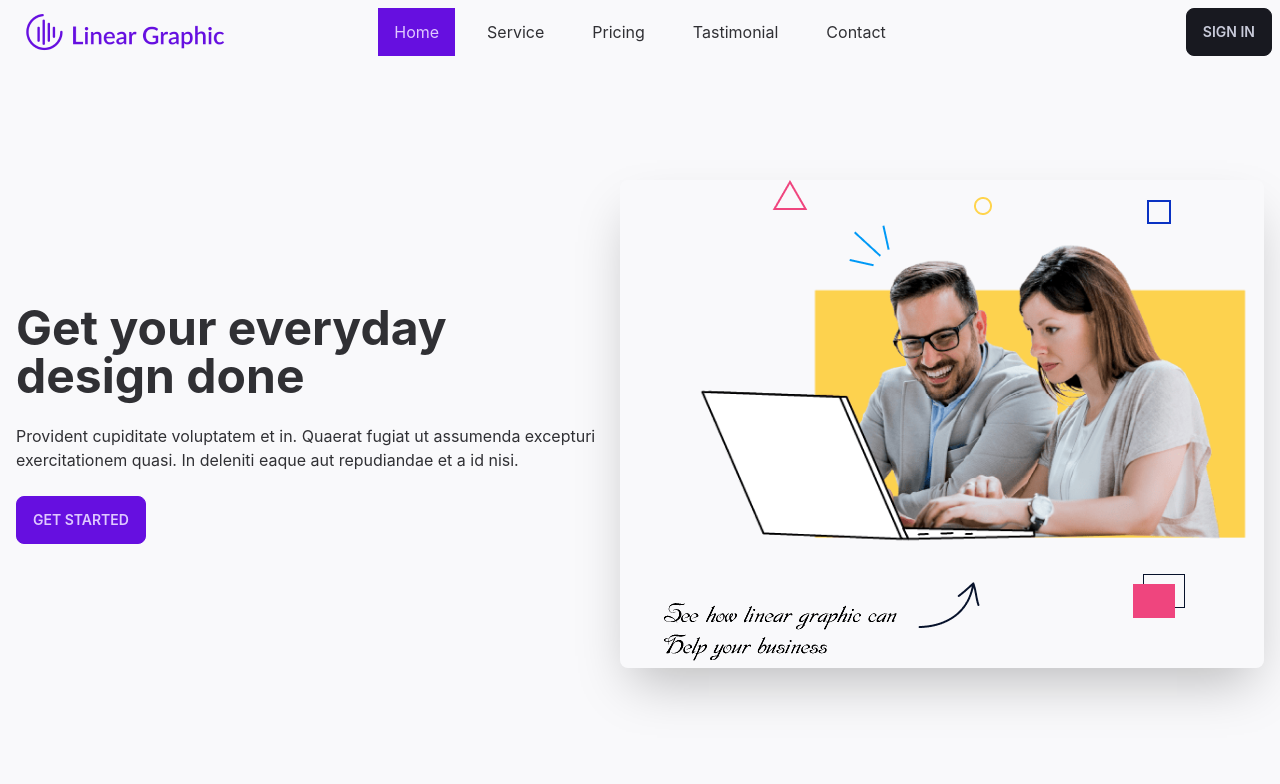
Repository: mdtamizuddin/Linear-Graphic
Page: /
The author's editor kept a copy of each file at every save. The page is drawn from the files as they stood at one save, then again after the next save.
The browser window is 1280 px wide. The pictures show the whole page.
The project was rebuilt for these pictures with package versions that can differ from the ones it lists, and the page was loaded fresh each time. Also part of the build but not shown: src/Components/User/Social.js, src/Components/User/Login.js, src/Components/User/Signup.js.

Above is the page before, as saved 2022-05-28 03:13:16.

### src/App.js

import { Route, Routes } from 'react-router-dom';
import './App.css';
import Navbar from './Components/Navbar/Navbar';
import Login from './Components/User/Login';
import Signup from './Components/User/Signup';
import { ToastContainer } from 'react-toastify';
import 'react-toastify/dist/ReactToastify.css';
import Home from './Components/Home/Home';

function App() {
  return (
    <div >
      <Navbar />
      <Routes>
        <Route path='/' element={<Home />}/>
        <Route path='/login' element={<Login />}/>
        <Route path='/signup' element={<Signup />}/>
      </Routes>

      <ToastContainer />
    </div>
  );
}

export default App;

### src/Components/Navbar/Navbar.js
import React from 'react'
import { Link, NavLink } from 'react-router-dom'
import { useAuthState } from 'react-firebase-hooks/auth'
import auth from '../firebase/firebase.init'
import logo from './logo.png'
import { signOut } from 'firebase/auth'
const Navbar = () => {
    const [user] = useAuthState(auth)
    return (
        <div className='shadow '>
            <div className="navbar container mx-auto bg-base-100">
                <div className="navbar-start">
                    <div className="dropdown">
                        <label tabIndex={0} className="btn btn-ghost lg:hidden">
                            <svg xmlns="http://www.w3.org/2000/svg" className="h-5 w-5" fill="none" viewBox="0 0 24 24" stroke="currentColor"><path strokeLinecap="round" strokeLinejoin="round" strokeWidth={2} d="M4 6h16M4 12h8m-8 6h16" /></svg>
                        </label>
                        <ul tabIndex={0} className="menu menu-compact dropdown-content mt-3 p-2 shadow bg-base-100 rounded-box w-52">
                            <Navigations />
                        </ul>
                    </div>
                    <Link to='/' className="btn btn-ghost normal-case text-xl">
                        <img src={logo} alt="" />
                    </Link>
                </div>
                <div className="navbar-center hidden lg:flex">
                    <ul className="menu menu-horizontal p-0">
                        <Navigations />
                    </ul>
                </div>
                <div className="navbar-end">
                    {
                      !user ?
                        <Link to='/login' className="btn">Sign in</Link>
                        :
                        <div className="dropdown dropdown-end">
                            <label tabIndex={0} className="btn btn-ghost btn-circle avatar">
                                <div className="w-14 rounded-full">
                                    <img src={user.photoURL} alt='avater'/>
                                </div>
                            </label>
                            <ul tabIndex={0} className="menu menu-compact dropdown-content mt-3 p-2 shadow bg-base-100 rounded-box w-52">
                                <li>
                                    <Link to={'/'} className="justify-between">
                                        Profile
                                        <span className="badge">New</span>
                                    </Link>
                                </li>
                                <li><Link to='/'>Settings</Link></li>
                                <li><button onClick={()=> {
                                    signOut(auth)
                                }}>Logout</button></li>
                            </ul>
                        </div>
                    }

                </div>
            </div>

        </div>
    )
}

export default Navbar

const Navigations = () => {
    return (
        <>
            <li className='mx-2 '><NavLink to='/'>Home</NavLink></li>
            <li className='mx-2'><NavLink to='/service'>Service</NavLink></li>
            <li className='mx-2'><NavLink to='/pricing'>Pricing</NavLink></li>
            <li className='mx-2'><NavLink to='/review'>Tastimonial</NavLink></li>
            <li className='mx-2'><NavLink to='/contact'>Contact</NavLink></li>
        </>
    )
}

### src/Components/Home/Home.js
import React from 'react'
import Header from './Header'

const Home = () => {
    return (
        <div>
            <Header />
        </div>
    )
}

export default Home

### src/Components/firebase/firebase.init.js

import { initializeApp } from "firebase/app";
import { getAuth } from "firebase/auth";

const firebaseConfig = {
    apiKey: "AIzaSyBZeknWov-e4YAhk-f8Acb7aeODVxCTCVk",
    authDomain: "linear-graphic.firebaseapp.com",
    projectId: "linear-graphic",
    storageBucket: "linear-graphic.appspot.com",
    messagingSenderId: "344463603170",
    appId: "1:344463603170:web:c63693dfb8f876734935bb",
    measurementId: "G-67445V46XC"
};


const app = initializeApp(firebaseConfig);
const auth = getAuth(app)

export default auth

### src/Components/Home/Header.js
import React from 'react'
import heroimg from './Hero.png'
const Header = () => {
    return (
        <div>
            <div className="hero min-h-screen bg-base-100">
                <div className="hero-content flex-col lg:flex-row-reverse">
                    <img src={heroimg} className="max-w-lgm rounded-lg shadow-2xl" />
                    <div>
                        <h1 className="text-5xl font-bold">Get your everyday design done</h1>
                        <p className="py-6">Provident cupiditate voluptatem et in. Quaerat fugiat ut assumenda excepturi exercitationem quasi. In deleniti eaque aut repudiandae et a id nisi.</p>
                        <button className="btn btn-primary">Get Started</button>
                    </div>
                </div>
            </div>

        </div>
    )
}

export default Header

### tailwind.config.js
module.exports = {
  content: ["./src/**/*.{html,js}"],
  daisyui: {
    themes: [
      {
        mytheme: {

          "primary": "#660FE0",

          "secondary": "#E85D95",

          "accent": "#f497ed",

          "neutral": "#181920",

          "base-100": "#F9F9FB",

          "info": "#8CDAEE",

          "success": "#32E7C6",

          "warning": "#B17B06",

          "error": "#E25A5A",
        },
      },
    ],
  },
  plugins: [require("daisyui")],
}

Loaded but not shown: public/index.html (common file); src/index.js (common file); src/index.css (common file); src/reportWebVitals.js (common file); src/App.css (common file)

After the next save:
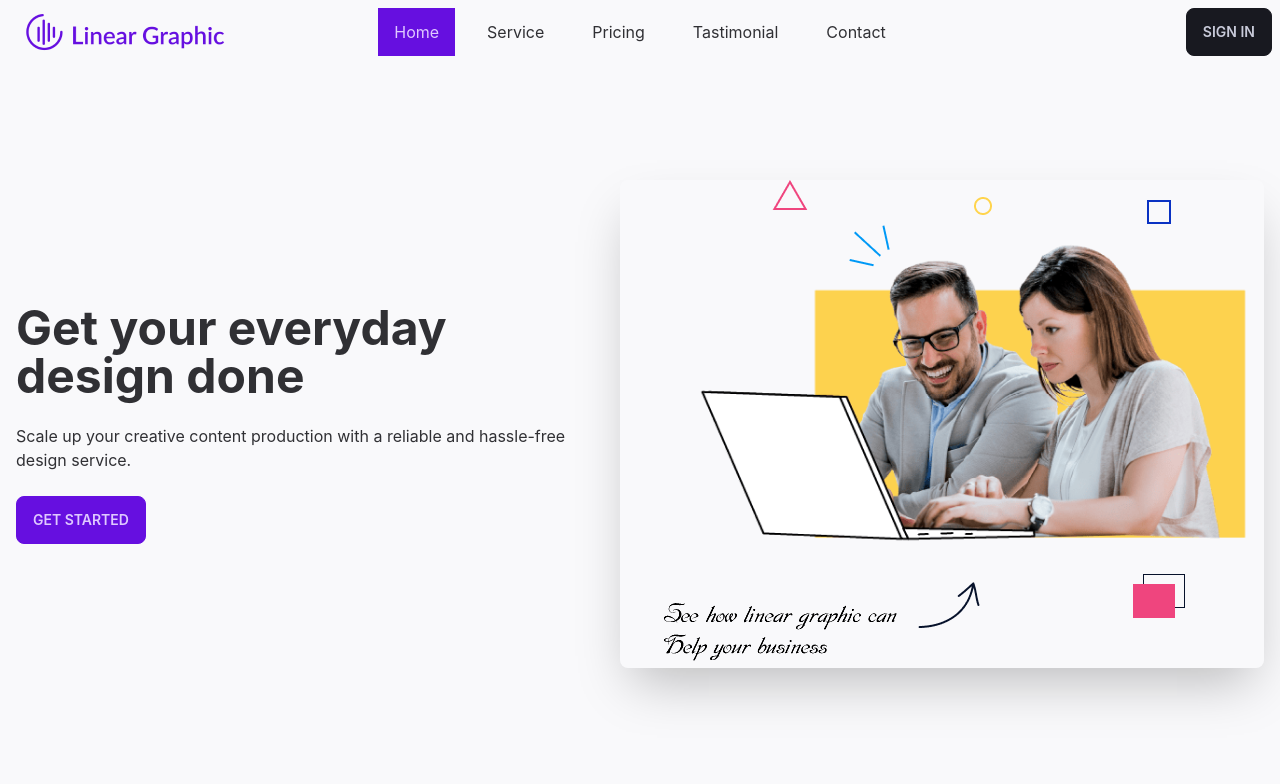
Saved 21 s later.
--- a/src/Components/Home/Header.js
+++ b/src/Components/Home/Header.js
@@ -8,7 +8,7 @@ const Header = () => {
                     <img src={heroimg} className="max-w-lgm rounded-lg shadow-2xl" />
                     <div>
                         <h1 className="text-5xl font-bold">Get your everyday design done</h1>
-                        <p className="py-6">Provident cupiditate voluptatem et in. Quaerat fugiat ut assumenda excepturi exercitationem quasi. In deleniti eaque aut repudiandae et a id nisi.</p>
+                        <p className="py-6">Scale up your creative content production with a reliable and hassle-free design service.</p>
                         <button className="btn btn-primary">Get Started</button>
                     </div>
                 </div>
